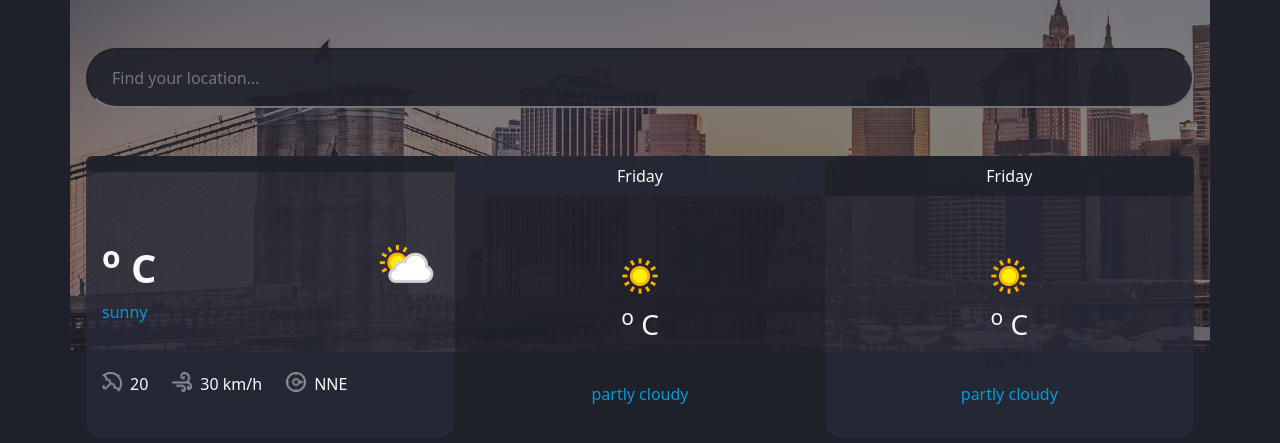
Repository: AmiraNabil97/WeatherApp
Page: index.html
An editor plug-in stored every save of this project. The page is shown before and after the next save, followed by the edit.
The browser window is 1280 px wide. The pictures show the whole page.
The page's requests for data from a server got no answer.

Above is the page before, as saved 2023-08-28 22:10:17.

After the next save:
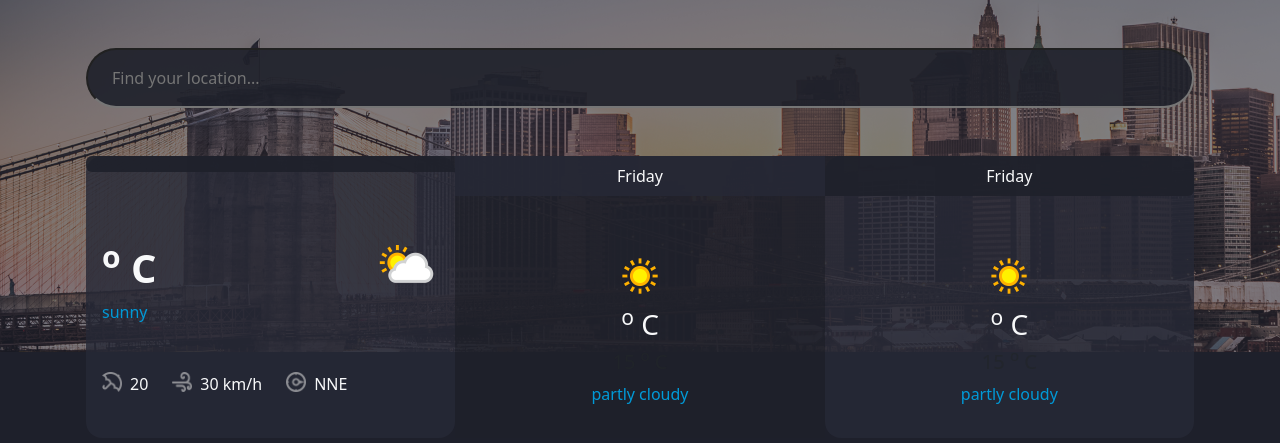
Saved 4 s later.
--- a/css/style.css
+++ b/css/style.css
@@ -19,7 +19,7 @@
     font-size: 12px;
 }
 
-.container
+.app-container
 {
     background-image: url(../images/banner.png);
     background-repeat: no-repeat;

After the save that followed:
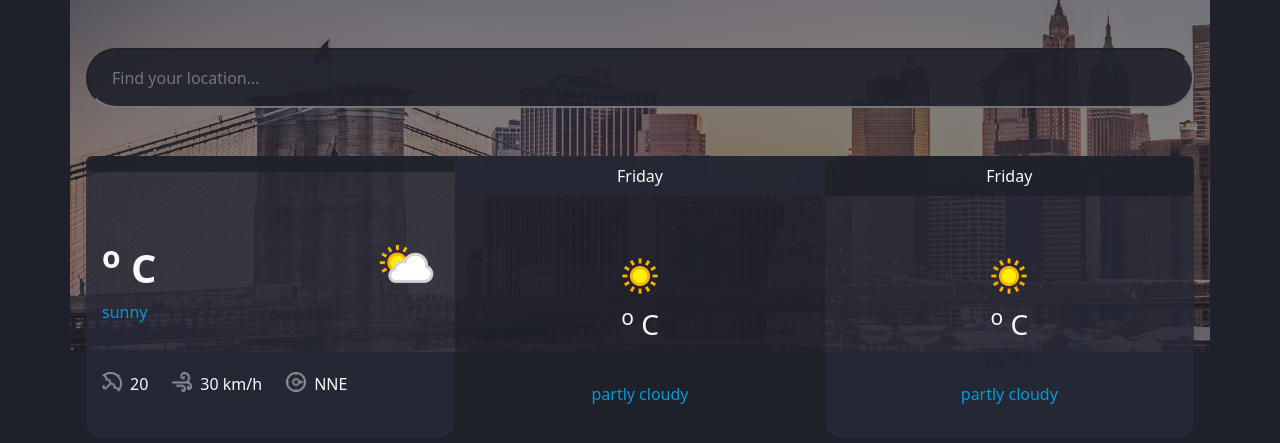
Saved 47 s later.
--- a/css/style.css
+++ b/css/style.css
@@ -19,7 +19,7 @@
     font-size: 12px;
 }
 
-.app-container
+.container
 {
     background-image: url(../images/banner.png);
     background-repeat: no-repeat;
